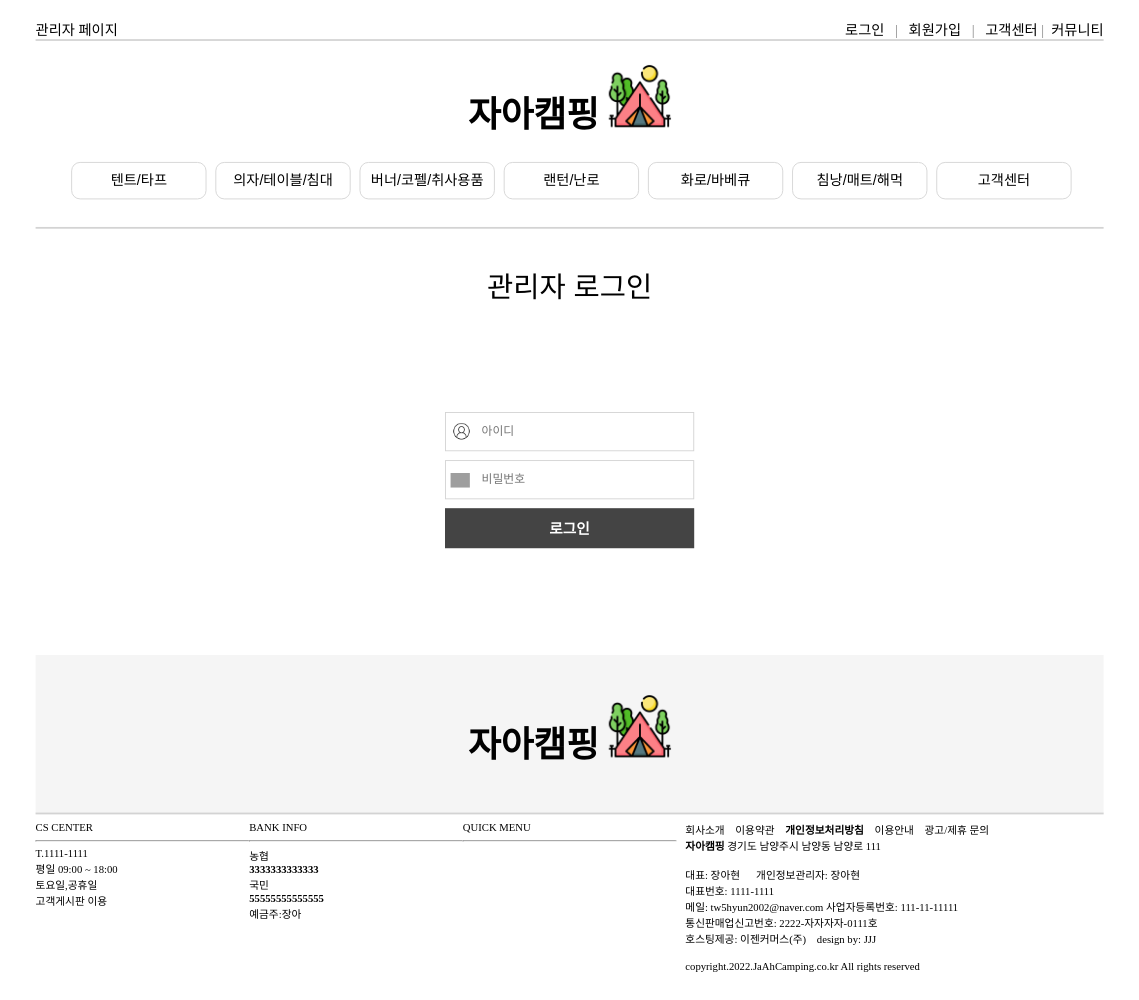
Repository: JJang-Ah/JSP-shoping-mall-project
Page: http://localhost/JaAhCamping/manager/logon/managerLoginForm.jsp
The author's editor kept a copy of each file at every save. The page is drawn from the files as they stood at one save, then again after the next save.
The browser window is 1280 px wide. The pictures show the whole page, at 89% of full size.
Pictures or frames that could not be fetched are drawn as grey boxes. Some web fonts or font styles are not loaded; a fallback is used. The page is served by Tomcat 9.

Above is the page before, as saved 2022-06-14 05:56:38.

After the next save:
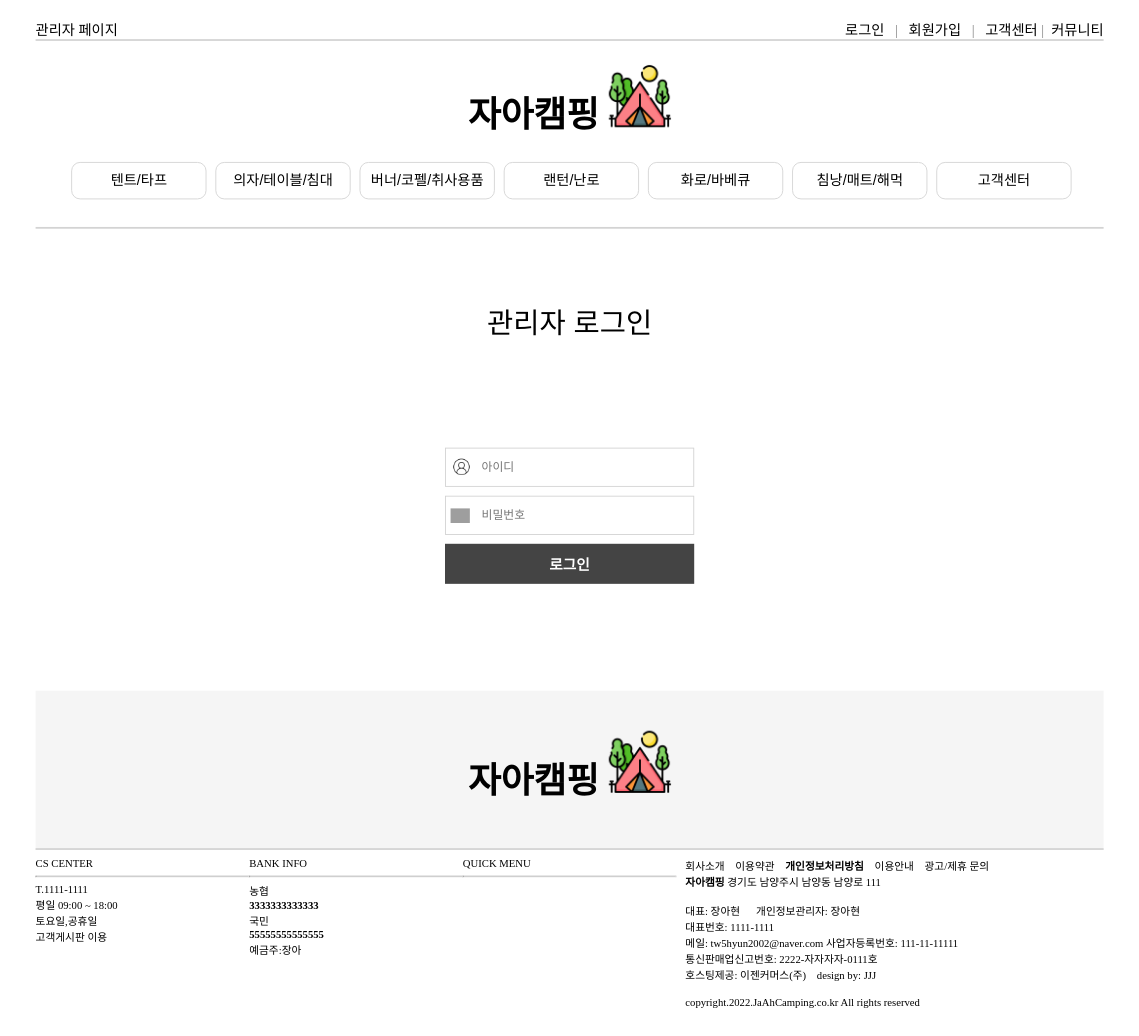
Saved 9 s later.
--- a/JaAhCamping/WebContent/manager/logon/managerLoginForm.jsp
+++ b/JaAhCamping/WebContent/manager/logon/managerLoginForm.jsp
@@ -11,7 +11,7 @@ a { text-decoration: none; color: black;}
 /* 상단 - 메인, 서브 타이틀 */
 .m_title { font-family:'Paytone One', sans-serif; text-align: center;}
 
-.s_title { font-family:'Do Hyeon', sans-serif; font-size: 2em; text-align: center; margin-top: 40px; margin-bottom: 30px;}
+.s_title { font-family:'Do Hyeon', sans-serif; font-size: 2em; text-align: center; margin-top: 80px; margin-bottom: 30px;}
 
 /* 중단 - 로그인 박스 */
 .a_box { width: 300px; margin: 120px auto;}
